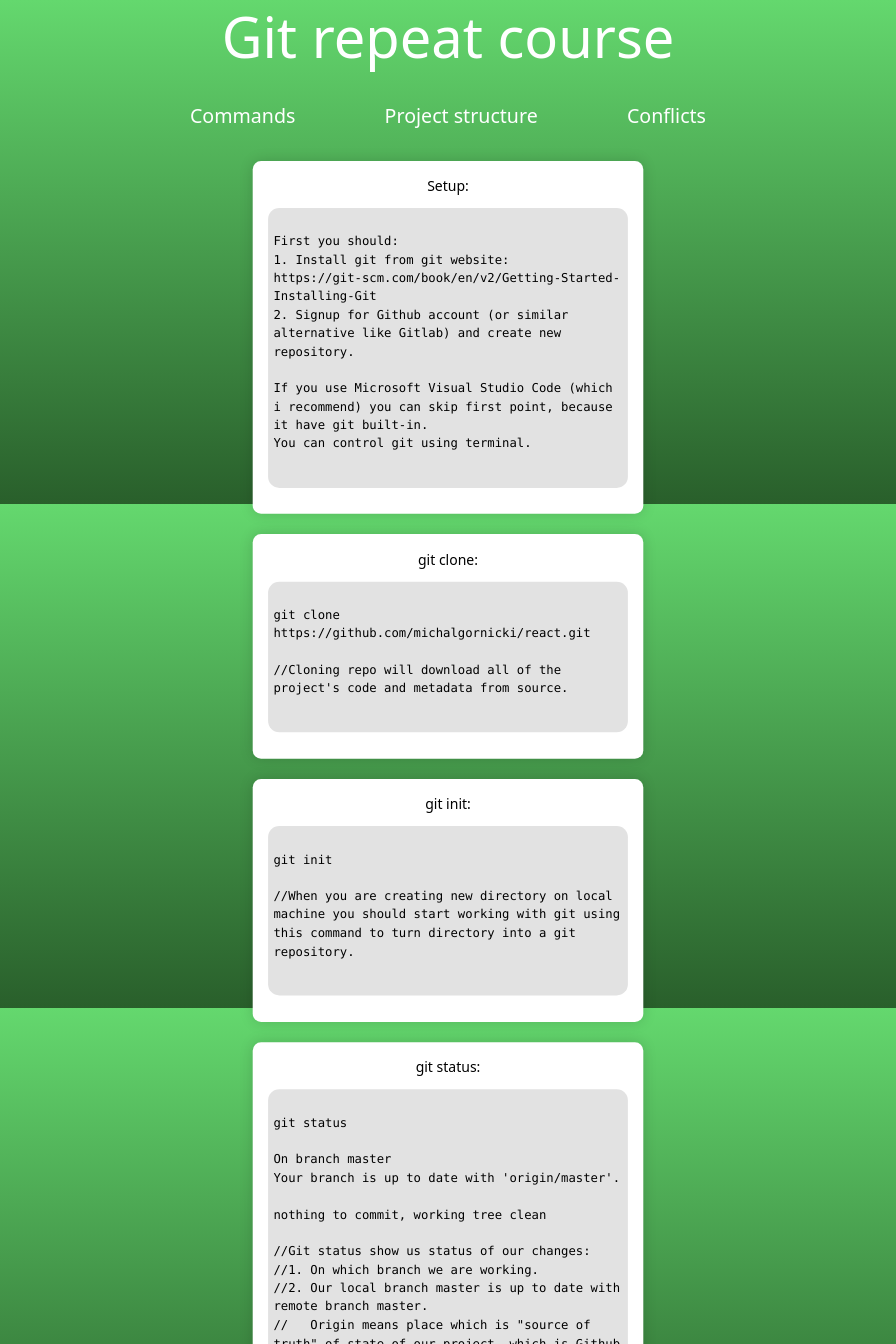
Repository: michalgornicki/git
Page: /#/Basics
An editor plug-in stored every save of this project. The page is shown before and after the next save, followed by the edit.
The browser window is 1280 px wide. The pictures show the part of the page from y = 0 to 1920 px (the page is 11196 px tall), at 70% of full size.
Backgrounds fixed to the window are drawn as part of the page. The project was rebuilt for these pictures with package versions that can differ from the ones it lists, and the page was loaded fresh each time. Also part of the build but not shown: src/components/structure.jsx, src/components/conflicts.jsx.

Above is the page before, as saved 2022-02-11 08:09:20.

### src/App.jsx
import React from "react";
import "./App.css";
import "bootstrap/dist/css/bootstrap.min.css";
import { Route, HashRouter as Router, Routes, Link } from "react-router-dom";
import Basics from "./components/basics.jsx";
import Structure from "./components/structure.jsx";
import Conflicts from "./components/conflicts.jsx";

function App() {
  return (
    <Router>
      <div className="text-center">
        <div className="display-1 mt-1 mb-5 text-white">Git repeat course</div>

        <div className="h3 d-flex w-75 m-auto my-5 justify-content-evenly flex-wrap text-white">
          <Link className="link-style mx-3" to="/Basics">
            Commands
          </Link>
          <Link className="link-style mx-3" to="/Structure">
            Project structure
          </Link>
          <Link className="link-style mx-3" to="/Conflicts">
            Conflicts
          </Link>
        </div>

        <Routes>
          <Route path="/Basics" element={<Basics />} />
          <Route path="/Structure" element={<Structure />} />
          <Route path="/Conflicts" element={<Conflicts />} />
        </Routes>
      </div>
    </Router>
  );
}

export default App;

### src/App.css
@import url('https://fonts.googleapis.com/css2?family=Catamaran:wght@400&display=swap');

body{
    font-family: 'Catamaran', sans-serif;
    overflow-x: hidden;
    padding-bottom: 80vh;
    height: auto;
    background: linear-gradient(rgb(100, 216, 110), rgb(41, 95, 43));
    background-attachment: fixed;
}

.js-item{
    color:rgb(0, 0, 0);
    font-size: 1.25rem;
    background-color: rgb(255, 255, 255);
    transition: 0.2s;
    padding: 3vh;
    margin-bottom: 4vh!important;
    width: 50%;
    margin-left: auto;
    margin-right: auto;
    box-shadow: 0px 0px 20px rgba(0, 0, 0, 0.15);
    border-radius: 0.75rem;
}

.text-pink{
    padding: 0.5rem;
    margin-top: 1rem;
    margin-bottom: 1rem;
    color:rgb(0, 0, 0)!important;
    font-size: 1.25rem;
    border-radius: 1rem;
    text-align: left;
    background-color: rgb(226, 226, 226);
}

pre {
    white-space: pre-wrap;       /* css-3 */
    white-space: -moz-pre-wrap;  /* Mozilla, since 1999 */
    white-space: -pre-wrap;      /* Opera 4-6 */
    white-space: -o-pre-wrap;    /* Opera 7 */
    word-wrap: break-word;       /* Internet Explorer 5.5+ */
   }

.link-style{
    color: inherit;
    text-decoration: inherit;
}

.link-style:hover{
    color: rgb(255, 138, 84);
}

@media only screen and (max-device-width: 600px), (max-width: 600px) {

    .js-item{
        width: 95%;
    }

}

### src/components/basics.jsx
const Basics = () => {
  return (
    <div className="container">
      <div className="js-item">
        {" "}
        <div className="">Setup: </div>
        <div className="text-pink">
          <pre>{`
First you should:
1. Install git from git website:
https://git-scm.com/book/en/v2/Getting-Started-Installing-Git
2. Signup for Github account (or similar alternative like Gitlab) and create new repository.

If you use Microsoft Visual Studio Code (which i recommend) you can skip first point, because it have git built-in.
You can control git using terminal.
          `}</pre>
        </div>
      </div>
      <div className="js-item">
        {" "}
        <div className="">git clone: </div>
        <div className="text-pink">
          <pre>{`
git clone https://github.com/michalgornicki/react.git

//Cloning repo will download all of the project's code and metadata from source.
          `}</pre>
        </div>
      </div>

      <div className="js-item">
        {" "}
        <div className="">git init: </div>
        <div className="text-pink">
          <pre>{`
git init

//When you are creating new directory on local machine you should start working with git using this command to turn directory into a git repository.
          `}</pre>
        </div>
      </div>

      <div className="js-item">
        {" "}
        <div className="">git status: </div>
        <div className="text-pink">
          <pre>{`
git status

On branch master
Your branch is up to date with 'origin/master'.

nothing to commit, working tree clean

//Git status show us status of our changes:
//1. On which branch we are working.
//2. Our local branch master is up to date with remote branch master.
//   Origin means place which is "source of truth" of state of our project, which is Github in this case.
//3. Nothing to commit - we didnt add any changes to code yet to "commit".
          `}</pre>
        </div>
      </div>
      <div className="js-item">
        {" "}
        <div className="">git add: </div>
        <div className="text-pink">
          <pre>{`
git add <filename>
//add one file for git tracking.

git add
//add all files in working directory for git tracking.

//Git add is adding changes to "staging area".
//When we will add files for tracking, "git status" will return information about changes to be commited.
          `}</pre>
        </div>
      </div>

      <div className="js-item">
        {" "}
        <div className="">git commit: </div>
        <div className="text-pink">
          <pre>{`
git commit -m "add links to navigation"

//Git commit takes everything from the staging area and makes a "snapshot" of the current state of your repository that is associated with a unique identifier.
//We need to add detailed message to our commit with flag -m, to later identify what meaned each commit.
//After adding files for tracking, "git status" will return information about changes to be commited.
          `}</pre>
        </div>
      </div>

      <div className="js-item">
        {" "}
        <div className="">git log: </div>
        <div className="text-pink">
          <pre>{`

git log

commit 52451db1ff6f6e1d2a3c45dc51050ec6df550c0e (HEAD -> master, origin/master)
Author: Michal Gornicki <gornickimichal@gmail.com>
Date:   Wed Feb 9 12:56:32 2022 +0100

    add new items

commit 78a05f0907064f5dadd4de2284dc3b10f9e7a6a7
Author: Michal Gornicki <gornickimichal@gmail.com>
Date:   Wed Feb 9 12:15:36 2022 +0100

    add new hooks

//With this command we can see information about our latest commits.

          `}</pre>
        </div>
      </div>
      <div className="js-item">
        {" "}
        <div className="">git remote: </div>
        <div className="text-pink">
          <pre>{`

git remote
//List the remote connections you have to other repositories.

git remote -v
//Same as above but with URL links to each repository.

git remote add <name> <url>
//Create a new connection to a remote repository.


//Before we push our commit to remote repository we must add connection to it.

          `}</pre>
        </div>
      </div>

      <div className="js-item">
        {" "}
        <div className="">git push: </div>
        <div className="text-pink">
          <pre>{`

git push <remote destination> <branch>
git push origin master

Enumerating objects: 15, done.
Counting objects: 100% (15/15), done.
Delta compression using up to 8 threads
Compressing objects: 100% (9/9), done.
Writing objects: 100% (9/9), 1.29 KiB | 1.29 MiB/s, done.
Total 9 (delta 7), reused 0 (delta 0), pack-reused 0
remote: Resolving deltas: 100% (7/7), completed with 6 local objects.
To https://github.com/michalgornicki/javascript
   c1ef9d3..46b6abd  master -> master

//With this command we can push our changes from local directory to origin remote - Github repository.
//After "git push" we must specify remote branch where our commit will land.

          `}</pre>
        </div>
      </div>

      <div className="js-item">
        {" "}
        <div className="">git diff: </div>
        <div className="text-pink">
          <pre>{`

git diff

-  Effect hook execute function or functions after every render of its component.
+  Effect hook execute function or functions after every render of its component by default.

//This command shows changes between commits, commit and working tree, two files etc.

          `}</pre>
        </div>
      </div>

      <div className="js-item">
        {" "}
        <div className="">git checkout: </div>
        <div className="text-pink">
          <pre>{`

git checkout -b lower-branch

Switched to a new branch 'lower-branch'

git checkout master

Switched to a branch 'master'


//Use git checkout to switch branches or create new branch.
//Branch is a pointer to a specific timeline of the Git history.
//Creating branches is key feature for working in team, you can work on separate branch without affecting core of the project code.

          `}</pre>
        </div>
      </div>
      <div className="js-item">
        {" "}
        <div className="">git merge: </div>
        <div className="text-pink">
          <pre>{`

git merge lower-branch

Updating f5b6e2f..741822a
Fast-forward
 file.txt | 1 +
 1 file changed, 1 insertion(+)
 create mode 100644 file.txt

//This command try to merge content of selected branch into current branch.
//git merge is creating new commit containing every change that has been made since it branched from master.
//git merge helps keep information about all the changes made in feature branch.

          `}</pre>
        </div>
      </div>
      <div className="js-item">
        {" "}
        <div className="">git rebase: </div>
        <div className="text-pink">
          <pre>{`

git rebase <targetbranch>


//This command is alternative approach to integrate changes from our feature branch to main branch.
//git rebase shouldn't be used on public branches, it should be used only on localy.
//git rebase create linear code history.
//rebasing rewrites the project history by creating new commits for each commit of feature branch in the original branch.

          `}</pre>
        </div>
      </div>
      <div className="js-item">
        {" "}
        <div className="">git branch -D: </div>
        <div className="text-pink">
          <pre>{`

git branch -D lower-branch

Deleted branch lower-branch (was 741822a).


//After merging our branch to master branch we can delete it with this command.

          `}</pre>
        </div>
      </div>
      <div className="js-item">
        {" "}
        <div className="">Create pull request: </div>
        <div className="text-pink">
          <pre>{`

//After pushing new branch to remote you can create new pull request on Github.
//After creating pull request anyone with push access to the repository can complete the merge your pulled request into master branch.

          `}</pre>
        </div>
      </div>
      <div className="js-item">
        {" "}
        <div className="">git restore: </div>
        <div className="text-pink">
          <pre>{`

git restore <filename>
//Restore state of single file.

git restore .
//Restore state of all files in working directory.

git restore --staged <filename>
//Unstage file.

//git restore is used to restore/discard the uncommitted local changes of files.
//It also can be used for unstage files (revert git add).
//This command returns state of local directory to last commit state.

          `}</pre>
        </div>
      </div>
      <div className="js-item">
        {" "}
        <div className="">git fetch: </div>
        <div className="text-pink">
          <pre>{`

git fetch
//This command downloads new information from the remote about the status of the repo.

git status

On branch master
Your branch is behind 'origin/master' by 2 commits, and can be fast-forwarded.
  (use "git pull" to update your local branch)

nothing to commit, working tree clean

//After git fetch when we use git status we can check if our local branch is behind remote branch.
//We can receive instruction to use git pull to update local files.

          `}</pre>
        </div>
      </div>
      <div className="js-item">
        {" "}
        <div className="">git pull: </div>
        <div className="text-pink">
          <pre>{`

git pull

//The git pull command is a shorthand for running two commands: git fetch followed by a git merge.
// Use this command to update files on local branch from remote.

          `}</pre>
        </div>
      </div>
    </div>
  );
};

export default Basics;

Loaded but not shown: public/index.html (common file); src/index.js (common file); src/index.css (common file); src/reportWebVitals.js (common file)

After the next save:
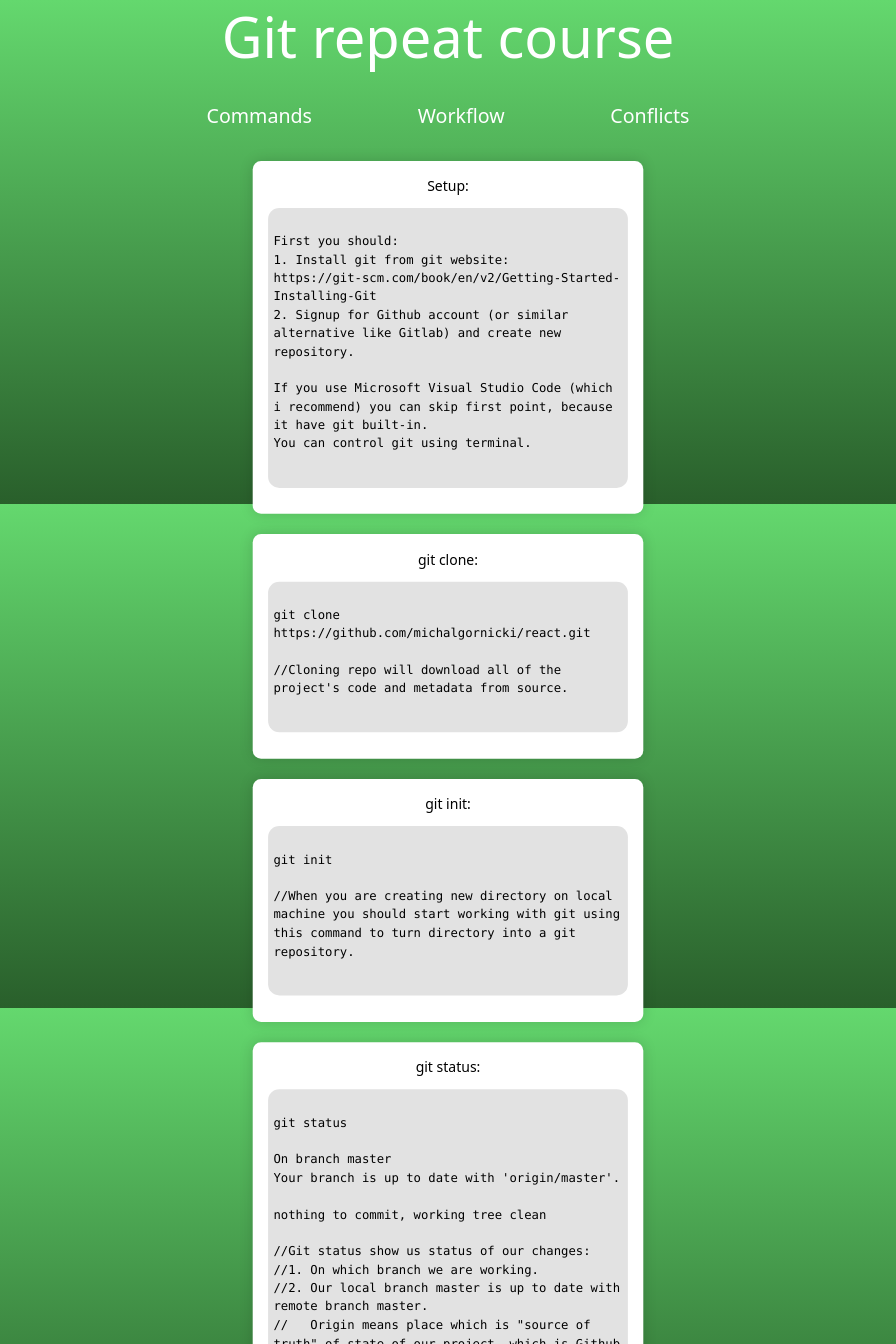
Saved 8 s later.
--- a/src/App.jsx
+++ b/src/App.jsx
@@ -17,7 +17,7 @@ function App() {
             Commands
           </Link>
           <Link className="link-style mx-3" to="/Structure">
-            Project structure
+            Workflow
           </Link>
           <Link className="link-style mx-3" to="/Conflicts">
             Conflicts
